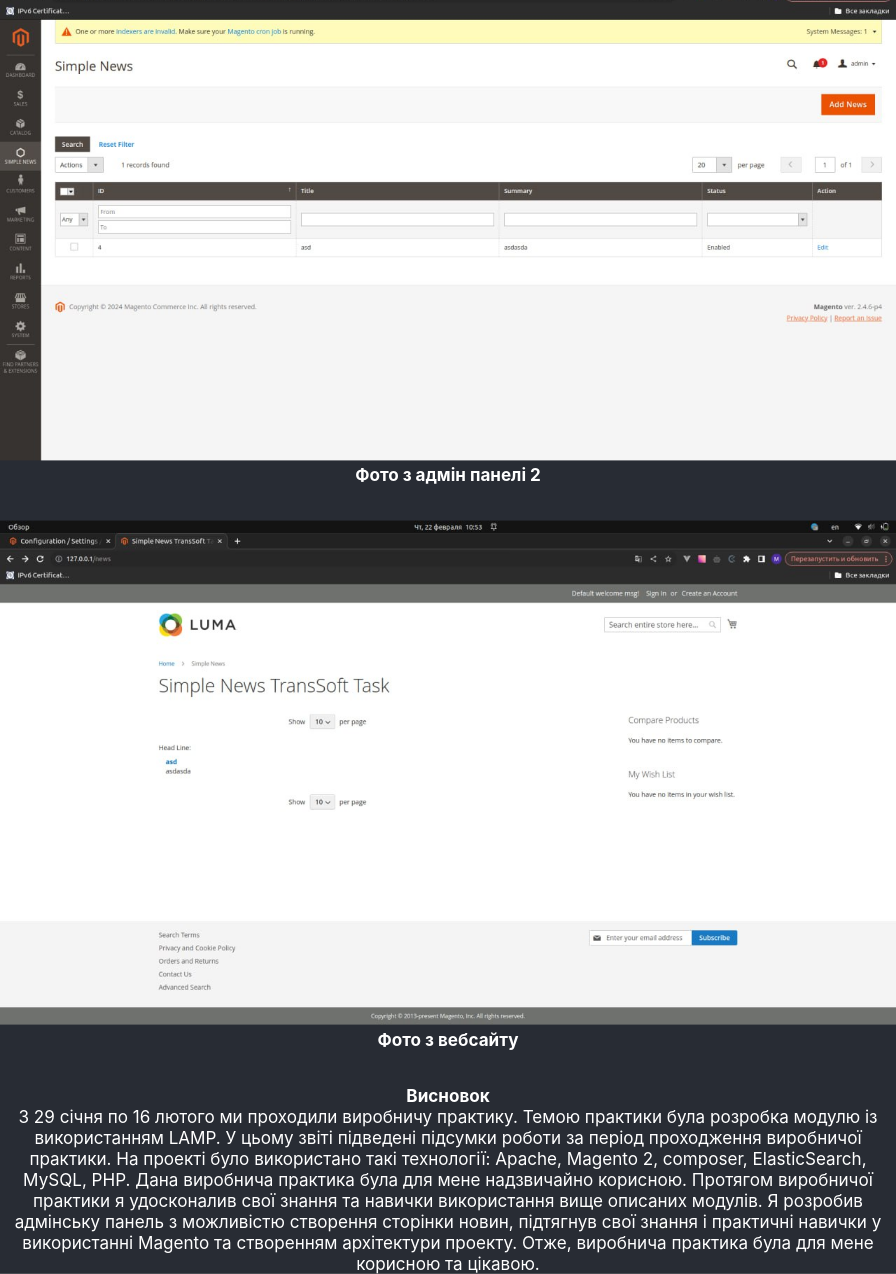
Repository: rutsguifd/prac-report
Page: /
An editor plug-in stored every save of this project. The page is shown before and after the next save, followed by the edit.
The browser window is 1280 px wide. The pictures show the part of the page from y = 2174 to 4094 px (the page is 3994 px tall before and 4094 px after), at 70% of full size.
The project was rebuilt for these pictures with package versions that can differ from the ones it lists, and the page was loaded fresh each time.

Above is the page before, as saved 2024-02-22 13:41:36.

After the next save:
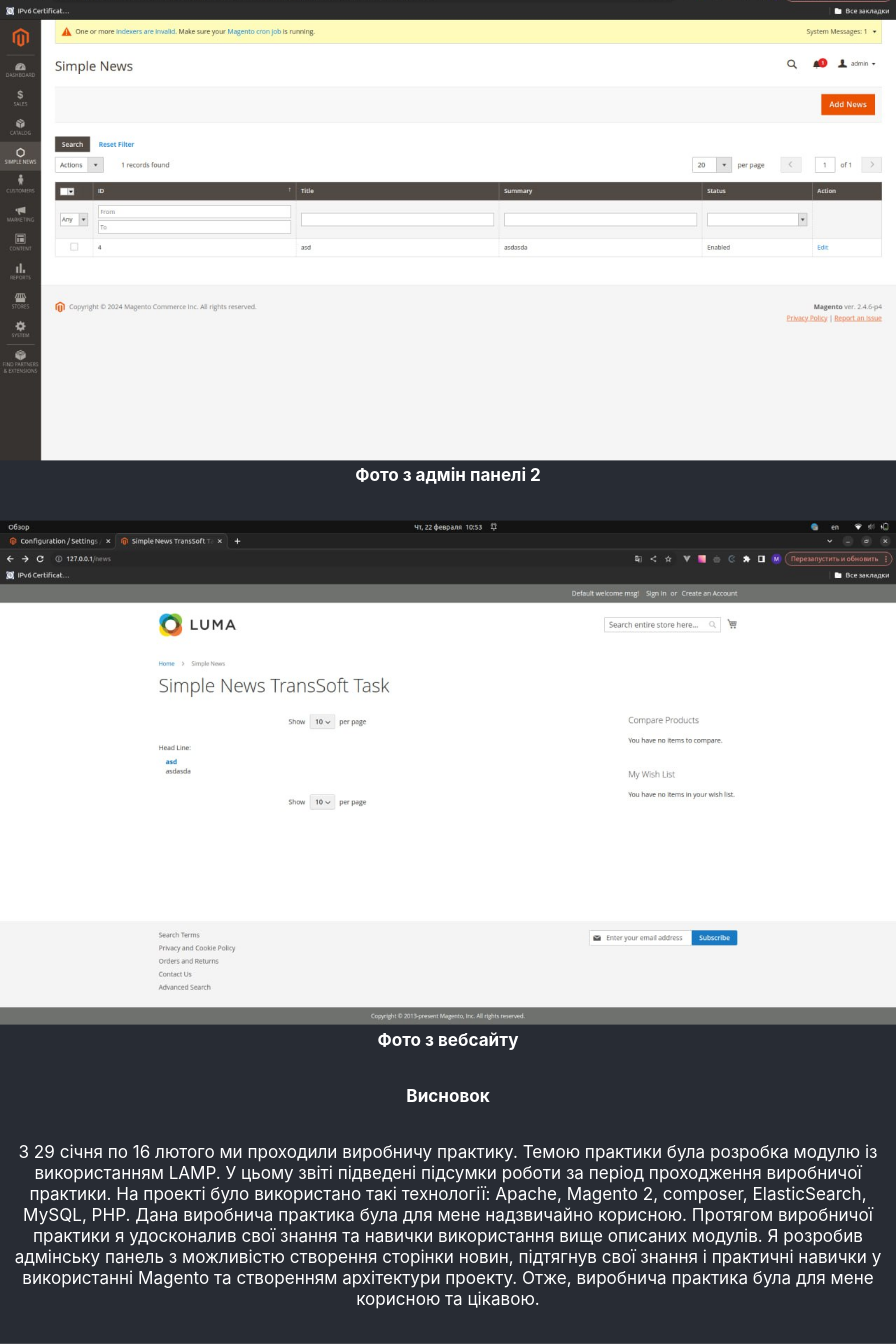
Saved 14 s later.
--- a/src/App.js
+++ b/src/App.js
@@ -38,7 +38,7 @@
             <b>Фото з вебсайту</b>
           </div>
           <b>Висновок</b>
-          <div>
+          <div style={{ margin: "50px 0" }}>
             З 29 січня по 16 лютого ми проходили виробничу практику. Темою
             практики була розробка модулю із використанням LAMP. У цьому звіті
             підведені підсумки роботи за період проходження виробничої практики.
